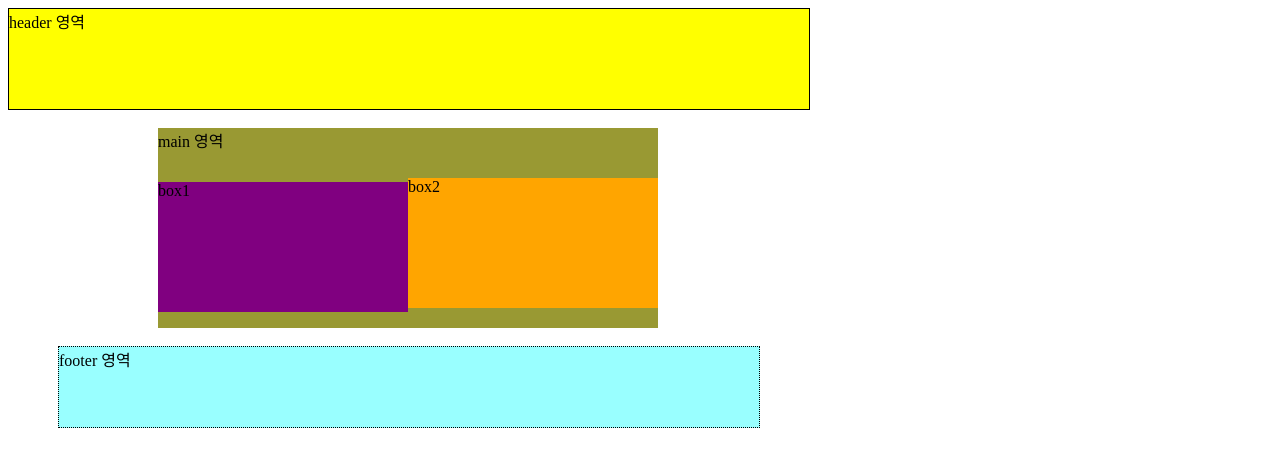
Repository: Seokho96/CSSPractice
Page: css/work01/WebContent/mainheader.html
These files come from the project's save history. The page is drawn as it stood at one moment and after the next save; the edit follows.
The browser window is 1280 px wide. The pictures show the whole page.

Above is the page before, as saved 2020-07-13 07:35:39.

### css/work01/WebContent/mainheader.html
<!DOCTYPE html>
<html>
<head>
<meta charset="UTF-8">
<title>Insert title here</title>

<style type="text/css">
#header{
   width: 800px;
   height: 100px;
   border: 1px solid black;
   background-color: yellow;
   margin: 0, auto;

}
#main{
   width: 500px;
   height: 200px;
   background-color: #999933;
   margin-left: 150px;
}
 .box1{
   width: 250px;
   height:130px;
   background-color: orange;
   margin-top: 50px;
   float: right;
}
.box2{
   width: 250px;
   height:130px;
   background-color: purple;
   margin-top: 30px;
}
#footer{
   width: 700px;
   height: 80px;
   background-color: #99FFFF;
   border : 1px dotted black;
   margin-left: 50px;


}
</style>
</head>
<body>

<header id="header" >header 영역</header><br>


<main id="main">main 영역
<div class="box1">box2</div>
<div class="box2">box1</div>
</main> <br>

<footer id="footer">footer 영역</footer>
</body>
</html>

After the next save:
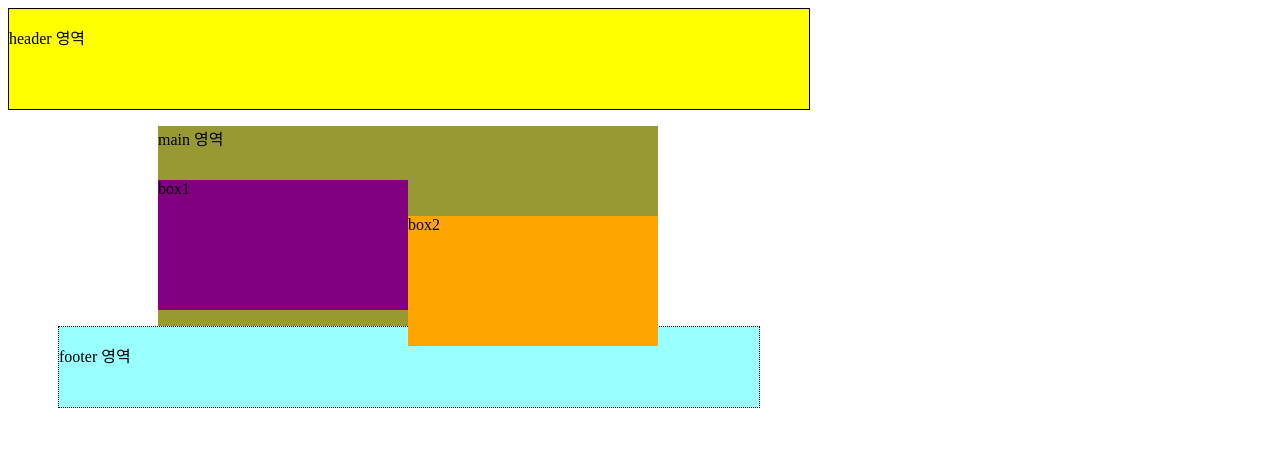
Saved 4 min 37 s later.
--- a/css/work01/WebContent/mainheader.html
+++ b/css/work01/WebContent/mainheader.html
@@ -5,15 +5,14 @@
 <title>Insert title here</title>
 
 <style type="text/css">
-#header{
+header{
    width: 800px;
    height: 100px;
    border: 1px solid black;
    background-color: yellow;
-   margin: 0, auto;
 
 }
-#main{
+main{
    width: 500px;
    height: 200px;
    background-color: #999933;
@@ -32,7 +31,7 @@
    background-color: purple;
    margin-top: 30px;
 }
-#footer{
+footer{
    width: 700px;
    height: 80px;
    background-color: #99FFFF;
@@ -44,15 +43,15 @@
 </style>
 </head>
 <body>
+<header><p>header 영역</p></header>
 
-<header id="header" >header 영역</header><br>
-
-
-<main id="main">main 영역
+<main>
+<p>main 영역</p>
 <div class="box1">box2</div>
 <div class="box2">box1</div>
-</main> <br>
+</main>
 
-<footer id="footer">footer 영역</footer>
+<footer><p>footer 영역</p> </footer>
+
 </body>
 </html>
